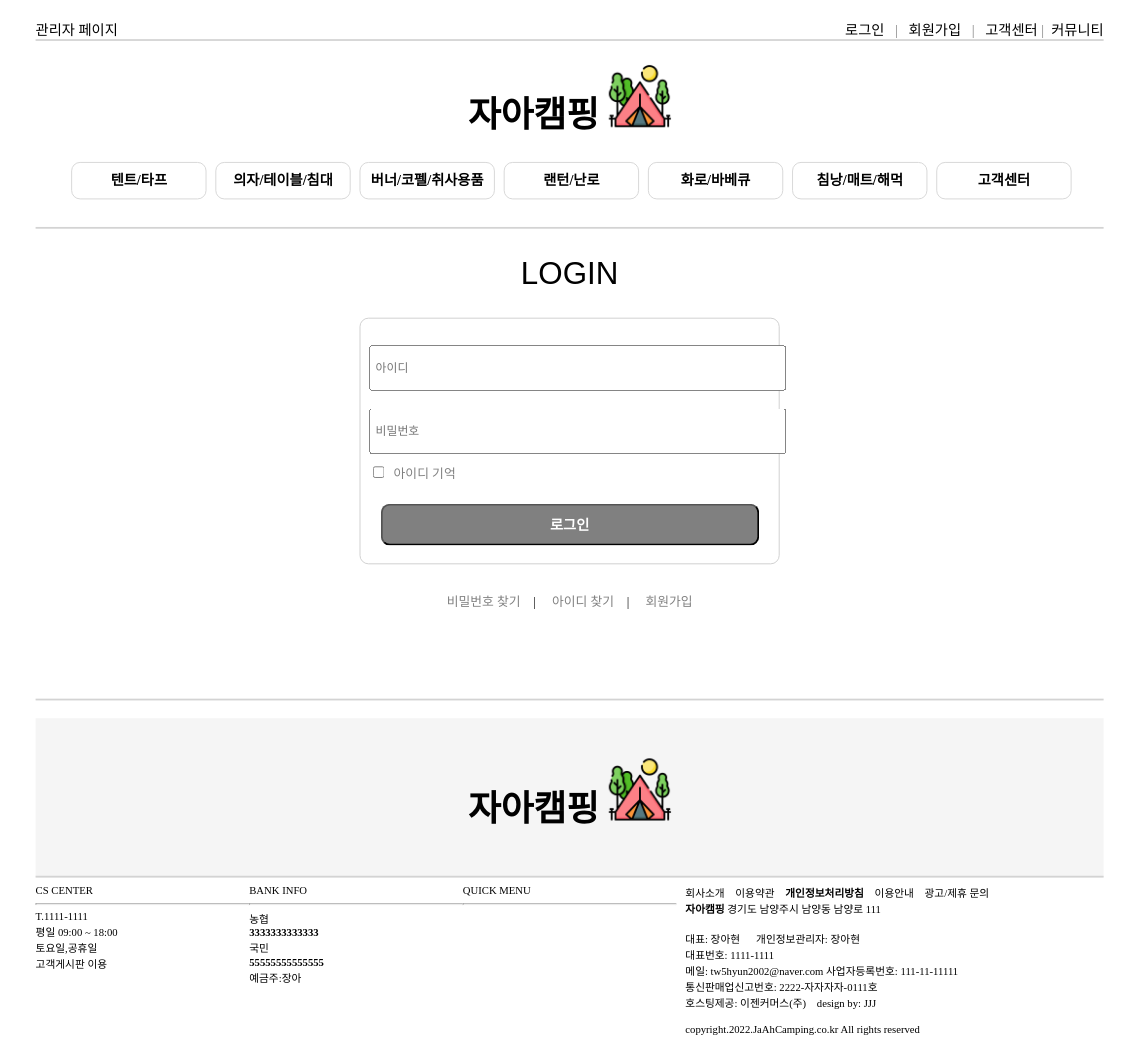
Repository: JJang-Ah/JSP-shoping-mall-project
Page: http://localhost/JaAhCamping/logon/memberLoginForm.jsp
An editor plug-in stored every save of this project. The page is shown before and after the next save, followed by the edit.
The browser window is 1280 px wide. The pictures show the whole page, at 89% of full size.
Some web fonts or font styles are not loaded; a fallback is used. The page is served by Tomcat 9.

Above is the page before, as saved 2022-06-14 05:52:10.

After the next save:
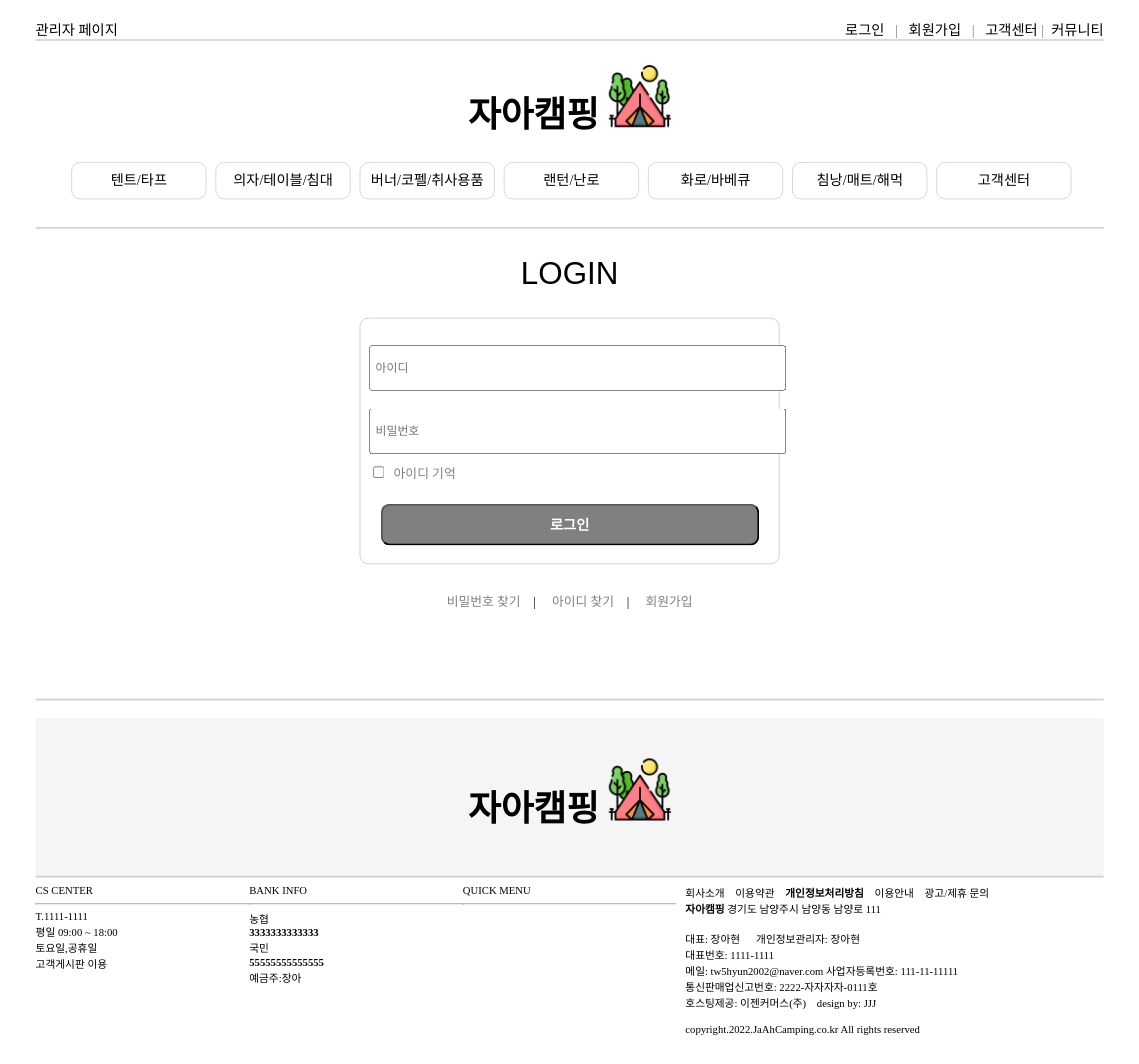
Saved 35 s later.
--- a/JaAhCamping/WebContent/mall/shopTop.jsp
+++ b/JaAhCamping/WebContent/mall/shopTop.jsp
@@ -21,7 +21,7 @@ a { text-decoration: none; color: black;}
 #title_sub_go { font-size: 0.8em;}
 
 /* 메뉴 */
-.m_menu { list-style: none; font-weight: bold; color: lightgray;}
+.m_menu { list-style: none; color: lightgray;}
 .m_menu .m_m_list { display: inline-block; float: left; width: 150px; height: 40px;
 margin-right: 10px; border: 1px solid lightgray; text-align: center; line-height: 40px; border-radius: 10px;}
 .m_menu > .m_m_list { position: relative;}
